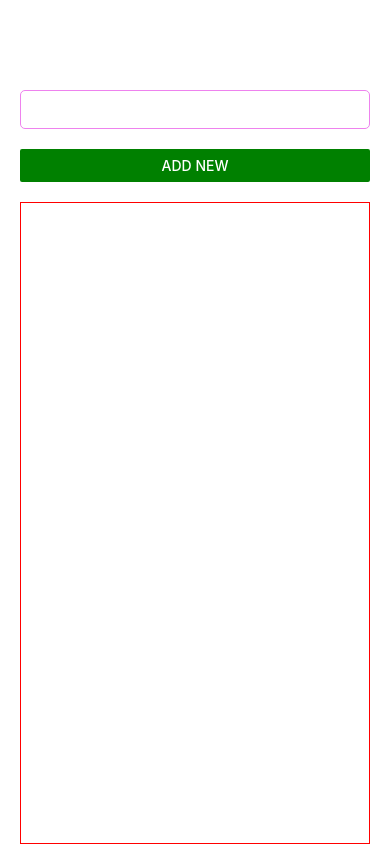
Repository: LuongPTCE181311/React-Native-Ultimate
Screen: /
The author's editor kept a copy of each file at every save. The screen is drawn from the files as they stood at one save, then again after the next save.
The app was drawn by React Native's web renderer in a window 390 px wide. The project was rebuilt for these pictures with package versions that can differ from the ones it lists, and the page was loaded fresh each time. Some packages were replaced by stand-ins written for this rebuild.

Above is the screen before, as saved 2026-06-14 18:01:39.

### App.tsx
import { StatusBar } from 'expo-status-bar';
import { use, useState } from 'react';
import { Button, FlatList, ScrollView, StyleSheet, Text, TextInput, View } from 'react-native';
import InputTodo from './components/todo/input.todo';
import ListTodo from './components/todo/list.todo';




export default function App() {

  const [todoList, setTodoList] = useState<ITodo[]>([]);

  return (
    <View style={styles.container}>

      <InputTodo />
      <ListTodo todoList={todoList}/>
    </View>
  );
}

const styles = StyleSheet.create({
  container: {
    flex: 1,
    backgroundColor: '#fff',
    // alignItems: 'center',
    // justifyContent: 'center'
    fontSize: 60,
    color: "red",
    marginTop: 50,
    paddingHorizontal: 20,
    paddingTop: 40,
  },
});

### components/todo/input.todo.tsx
import { useState } from "react";
import { Button, StyleSheet, Text, TextInput, View } from "react-native";

const styles = StyleSheet.create({
    todoInput: {
        borderColor: "violet",
        borderWidth: 1,
        padding: 10,
        marginBottom: 20,
        borderRadius: 5
    }
})

const InputTodo = () => {

    const [name, setName] = useState<string>("");
    return (
        <>
            <View>
            <TextInput
                // keyboardType='ascii-capable'
                // multiline={true}
                autoCapitalize="none"
                autoCorrect={false}
                onChangeText={value => setName(value)}
                value={name}
                style={styles.todoInput}/>

            <Button title='Add new' color={"green"} onPress={() => alert("tap me")}/>
            </View>
        </>
    )
}

export default InputTodo;

### components/todo/list.todo.tsx
import { FlatList, StyleSheet, Text } from "react-native";

const styles = StyleSheet.create({
    todo: {
    fontSize: 30,
    backgroundColor: "pink",
    marginBottom: 20,
    padding: 15
  }
})

interface Iprops {
    todoList: ITodo[]
}

const ListTodo = (props: Iprops) => {
    const {todoList} = props;
    return (
        <>
        <FlatList
                style={{
                  marginTop: 20,
                  borderColor: "red",
                  borderWidth: 1,
                }}
                data={todoList}
                keyExtractor={item => item.id + ""}
                renderItem={({item}) => {
                  return (
                    <Text key={item.id}
                    style={styles.todo}
                    >
                      {item.title}
                    </Text>
                  )
                }}
              />
        </>
    )
}

export default ListTodo;

Loaded but not shown: index.ts (common file)

After the next save:
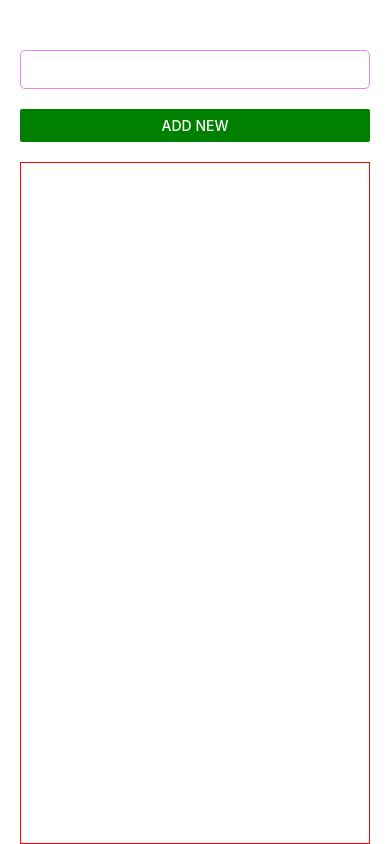
Saved 5 s later.
--- a/App.tsx
+++ b/App.tsx
@@ -28,7 +28,7 @@ const styles = StyleSheet.create({
     // justifyContent: 'center'
     fontSize: 60,
     color: "red",
-    marginTop: 50,
+    marginTop: 10,
     paddingHorizontal: 20,
     paddingTop: 40,
   },
